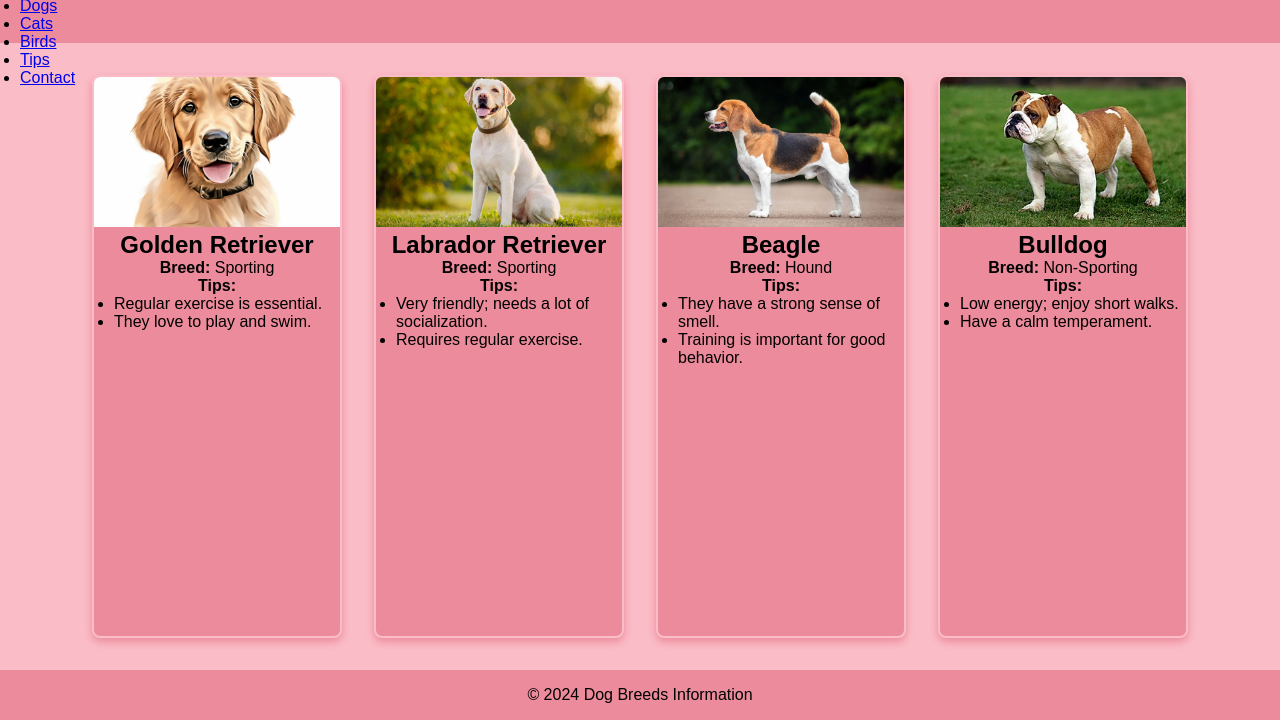
Repository: SHAHZADcodr/pet_care
Page: pages/dog.html
These files come from the project's save history. The page is drawn as it stood at one moment and after a run of saves; the edit follows.
The browser window is 1280 px wide. The pictures show the whole page.

Above is the page before, as saved 2024-11-04 22:42:23.

### pages/dog.html
<!DOCTYPE html>
<html lang="en">
<head>
    <meta charset="UTF-8">
    <meta name="viewport" content="width=device-width, initial-scale=1.0">
    <title>Dog Breeds</title>
    <link rel="stylesheet" href="dog.css"> <!-- Link to your CSS file -->
</head>
<body>
    <header>
        <nav>
            <h1 id="webName"><i><strong>petNest</strong></i></h1>
            <ul id="nav-links">
                <li><a href="index.html">Home</a></li>
                <li><a href="pages/dog.html">Dogs</a></li>
                <li><a href="pages/cats.html">Cats</a></li>
                <li><a href="pages/birds.html">Birds</a></li>
                <li><a href="pages/tips.html">Tips</a></li>
                <li><a href="contact.html" id="you">Contact</a></li>
            </ul>
        </nav>
    </header>
    <main class="dog-breeds">
        <div class="dog-card">
            <img src="../dogImages/goldenRetriever.jpg" alt="Golden Retriever" class="dog-image">
            <h2>Golden Retriever</h2>
            <p><strong>Breed:</strong> Sporting</p>
            <p><strong>Tips:</strong></p>
            <ul>
                <li>Regular exercise is essential.</li>
                <li>They love to play and swim.</li>
            </ul>
        </div>
        <div class="dog-card">
            <img src="../dogImages/labrador.jpg" alt="Labrador Retriever" class="dog-image">
            <h2>Labrador Retriever</h2>
            <p><strong>Breed:</strong> Sporting</p>
            <p><strong>Tips:</strong></p>
            <ul>
                <li>Very friendly; needs a lot of socialization.</li>
                <li>Requires regular exercise.</li>
            </ul>
        </div>
        <div class="dog-card">
            <img src="../dogImages/beagle.jpg" alt="Beagle" class="dog-image">
            <h2>Beagle</h2>
            <p><strong>Breed:</strong> Hound</p>
            <p><strong>Tips:</strong></p>
            <ul>
                <li>They have a strong sense of smell.</li>
                <li>Training is important for good behavior.</li>
            </ul>
        </div>
        <div class="dog-card">
            <img src="../dogImages/bulldog.jpg" alt="Bulldog" class="dog-image">
            <h2>Bulldog</h2>
            <p><strong>Breed:</strong> Non-Sporting</p>
            <p><strong>Tips:</strong></p>
            <ul>
                <li>Low energy; enjoy short walks.</li>
                <li>Have a calm temperament.</li>
            </ul>
        </div>
        <!-- Add more dog cards as needed -->
    </main>
    <footer>
        <p>&copy; 2024 Dog Breeds Information</p>
    </footer>

    <script src="dog.js"></script> <!-- Link to your JavaScript file -->
</body>
</html>

### pages/dog.css
/* General Reset */
* {
    margin: 0;
    padding: 0;
    box-sizing: border-box;
}
:root{
    --bg-background-color:rgb(236, 139, 155);
    --bg--body-color:rgb(250, 189, 199);
}
/* Basic Layout */
body {
    font-family: Arial, sans-serif;
    display: flex;
    flex-direction: column;
    min-height: 100vh; /* Ensures body takes full height of the viewport */
    background-color:var(--bg--body-color);
}

header {
    background-color:var(--bg-background-color);
    height:6vh;
    display:flex;
    align-items:center;

}
#webName{
    font-size: 1.2rem;
    margin-left:4%;
}

.dog-breeds {
    display: flex;
    flex-wrap: wrap;
    justify-content: center;
    padding: 1rem;
    flex-grow: 1; /* Allows the main content to grow and push footer down */
}

.dog-card {
    background-color:var(--bg-background-color);
    border: 2px solid var(--bg--body-color);
    border-radius: 8px;
    box-shadow: 0 4px 8px var(--bg-background-color);
    margin: 1rem;
    width: 100%; /* Full width on small screens */
    max-width: 250px; /* Maximum width for larger screens */
    text-align: center;
    overflow: hidden;
    transition: transform 0.2s;
}

.dog-card:hover {
    transform: scale(1.05); /* Slightly enlarge on hover */
}

.dog-card img {
    width: 100%; /* Ensure image takes full width of the card */
    height: auto; /* Maintain aspect ratio without cutting off */
    max-height: 150px; /* Set a max height to ensure consistency */
    object-fit: cover; /* Maintain aspect ratio, cropping if necessary */
}

ul {
    list-style-type: disc; /* Default bullet points */
    padding-left: 20px; /* Indent the list */
    text-align: left; /* Align text to the left */
}

footer {
    background-color:var(--bg-background-color);
    text-align: center;
    padding: 1rem;
    margin-top: auto; /* Push footer to the bottom */
}

/* Media Queries for Responsive Design */
@media (max-width: 768px) {
    .dog-card {
        max-width: 90%; /* Wider cards on medium screens */
    }
}

@media (max-width: 480px) {
    header h1 {
        font-size: 1.5rem; /* Smaller font size for header on small screens */
    }

    .dog-card {
        max-width: 100%; /* Full width for small screens */
    }

    .dog-card img {
        max-height: 120px; /* Adjust image height for small screens */
    }
}

Loaded but not shown: pages/dog.js (empty)

After the next 2 saves:
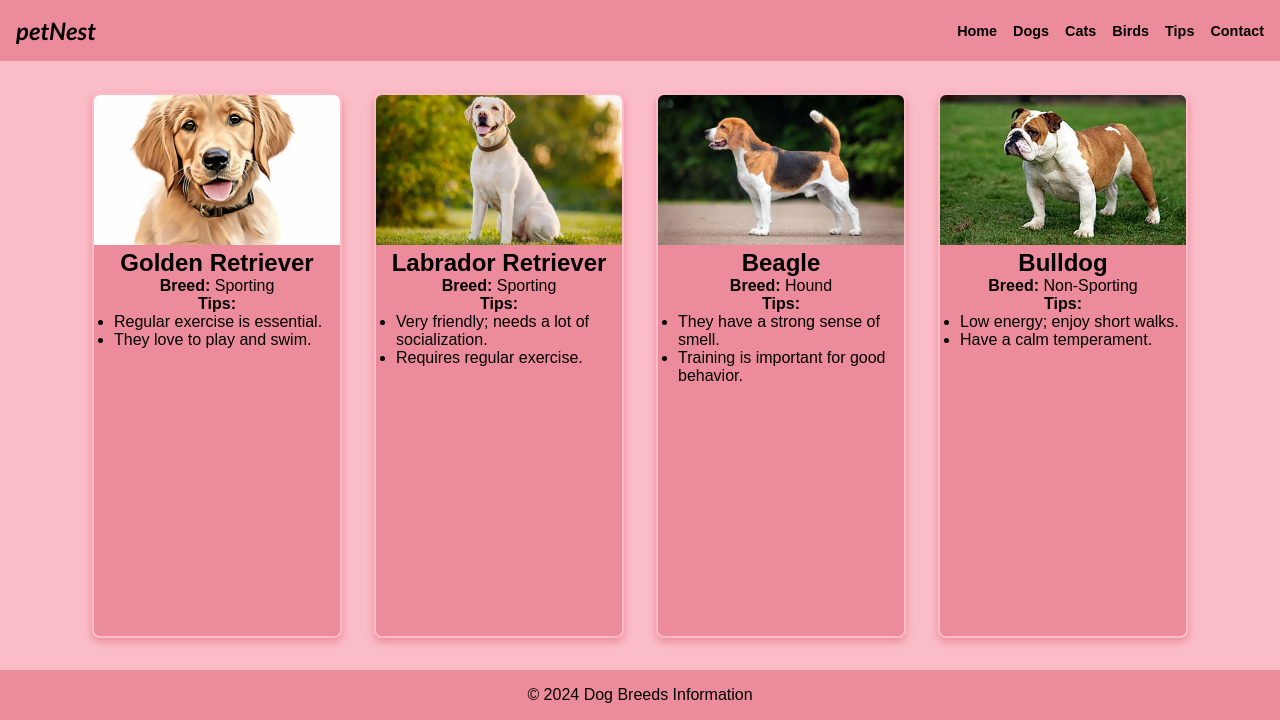
The 2 saves are shown as one change because they came seconds apart.
The last was saved 55 s later.
--- a/pages/dog.css
+++ b/pages/dog.css
@@ -17,17 +17,44 @@ body {
     background-color:var(--bg--body-color);
 }
 
+
 header {
     background-color:var(--bg-background-color);
-    height:6vh;
-    display:flex;
-    align-items:center;
+    padding: 1rem;
+    color: black;;
+}
 
+nav {
+    display: flex;
+    justify-content: space-between;
+    align-items: center;
 }
+
+#nav-links {
+    list-style-type: none;
+    display: flex;
+    gap: 1rem;
+}
+
+#nav-links a {
+    color:black;
+    text-decoration: none;
+    font-size:0.9rem;
+    font-weight: 600;
+    transition:color 0.2s;
+}
+#nav-links a:hover{
+    color:white!important;
+}
+
+ #nav-links  #you{
+    cursor:url(/images/cursor.svg)3 3,auto !important;
+}
+/*Website name*/
 #webName{
-    font-size: 1.2rem;
-    margin-left:4%;
+    font-family: 'Gill Sans', 'Gill Sans MT', Calibri, 'Trebuchet MS', sans-serif;
 }
+
 
 .dog-breeds {
     display: flex;
